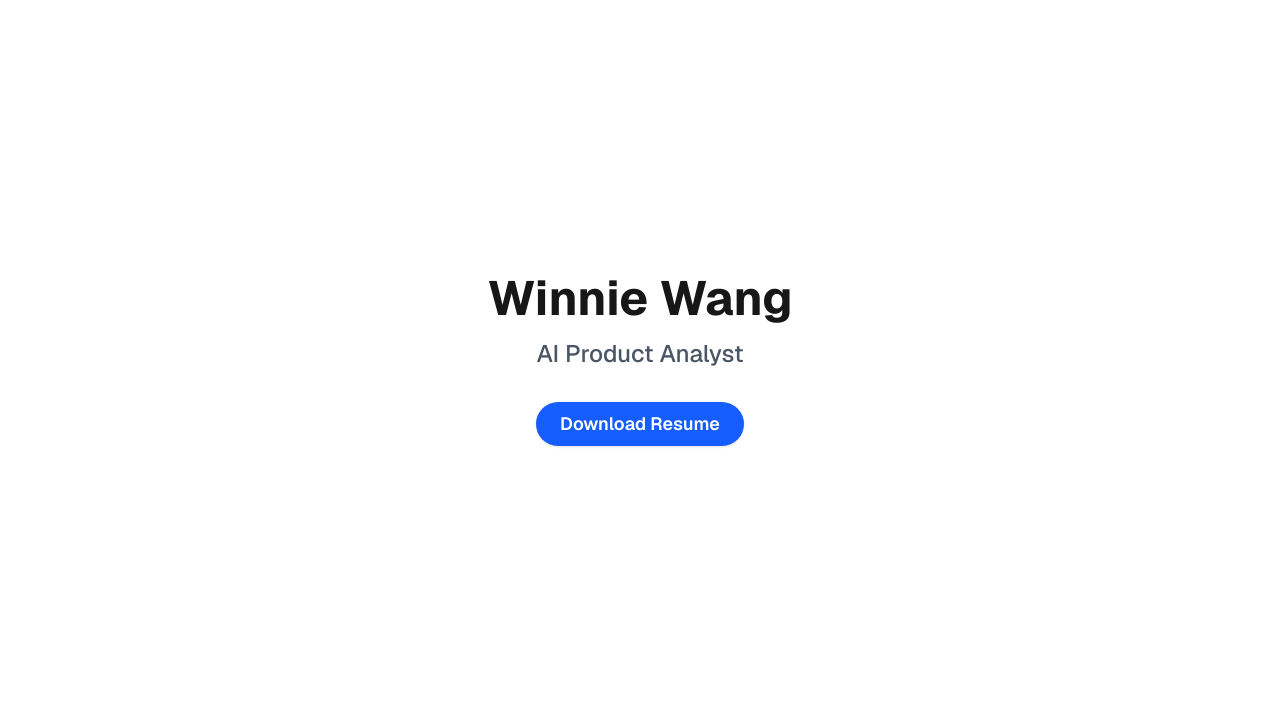
Repository: winniewyl/personal-portfolio
Page: /
These files come from the project's save history. The page is drawn as it stood at one moment and after the next save; the edit follows.
The browser window is 1280 px wide. The pictures show the whole page.
The project was rebuilt for these pictures with package versions that can differ from the ones it lists, and the page was loaded fresh each time. The framework's server and built-in components were replaced by stand-ins that run in the browser. Also part of the build but not shown: next.config.ts.

Above is the page before, as saved 2025-07-22 11:23:50.

After the next save:
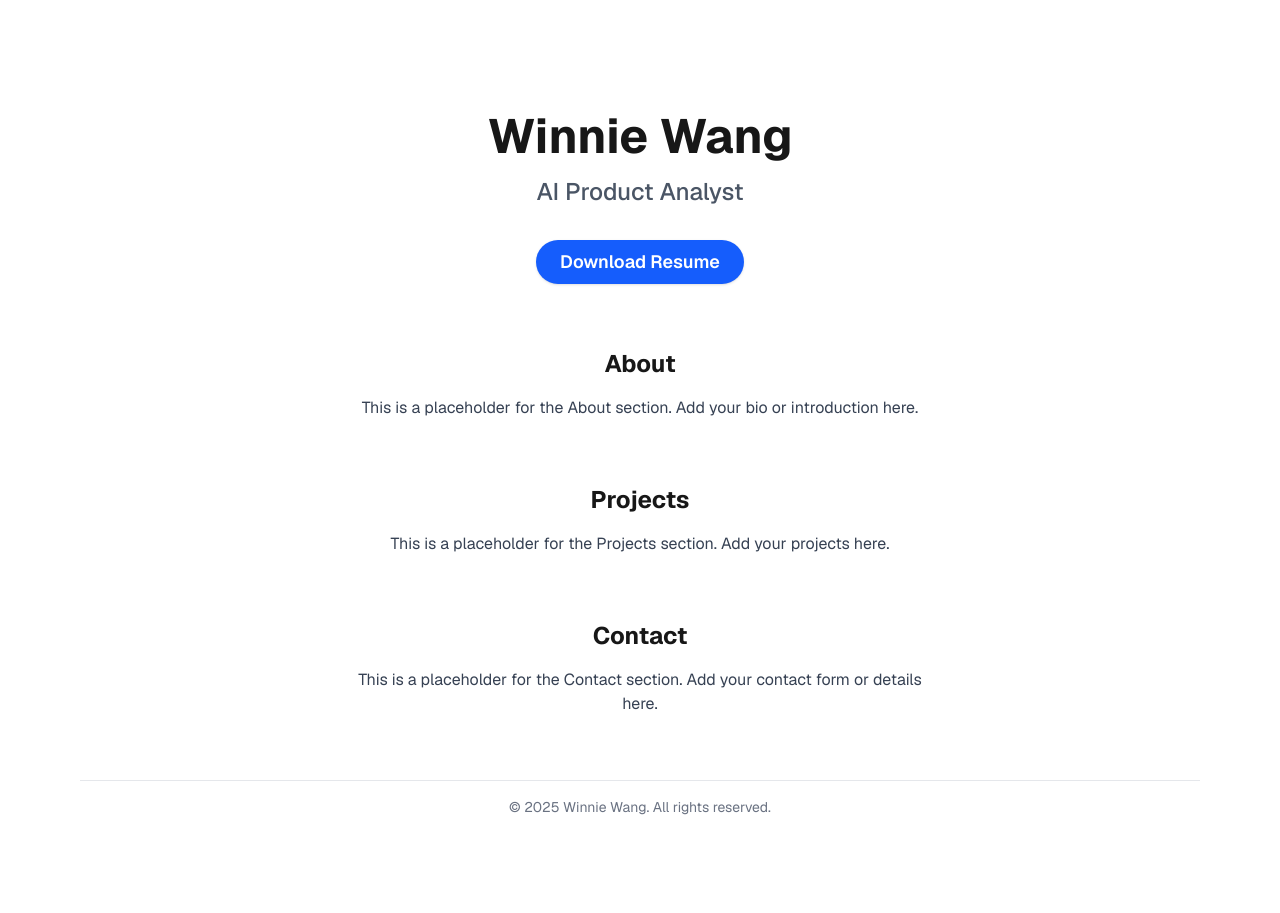
Saved 3 min 25 s later.
--- a/src/app/page.tsx
+++ b/src/app/page.tsx
@@ -1,25 +1,21 @@
-import Image from 'next/image';
+import Hero from '../components/Hero';
+import About from '../components/About';
+import Projects from '../components/Projects';
+import Contact from '../components/Contact';
+import Footer from '../components/Footer';
 
 export default function Home() {
   return (
     <div className="font-sans flex flex-col items-center justify-center min-h-screen p-8 sm:p-20">
-      {/* Hero Section Start */}
-      <section className="flex flex-col items-center justify-center gap-4 py-8 w-full">
-        <h1 className="text-4xl sm:text-5xl font-bold text-center">
-          Winnie Wang
-        </h1>
-        <h2 className="text-xl sm:text-2xl font-medium text-center text-gray-600 dark:text-gray-300">
-          AI Product Analyst
-        </h2>
-        <a
-          href="/Winnie_Wang_Resume.pdf"
-          download
-          className="mt-4 inline-block rounded-full bg-blue-600 text-white px-6 py-2 font-semibold shadow hover:bg-blue-700 transition-colors text-base sm:text-lg"
-        >
-          Download Resume
-        </a>
-      </section>
-      {/* Hero Section End */}
+      <Hero
+        name="Winnie Wang"
+        role="AI Product Analyst"
+        resumeLink="/Winnie_Wang_Resume.pdf"
+      />
+      <About />
+      <Projects />
+      <Contact />
+      <Footer />
     </div>
   );
 }
